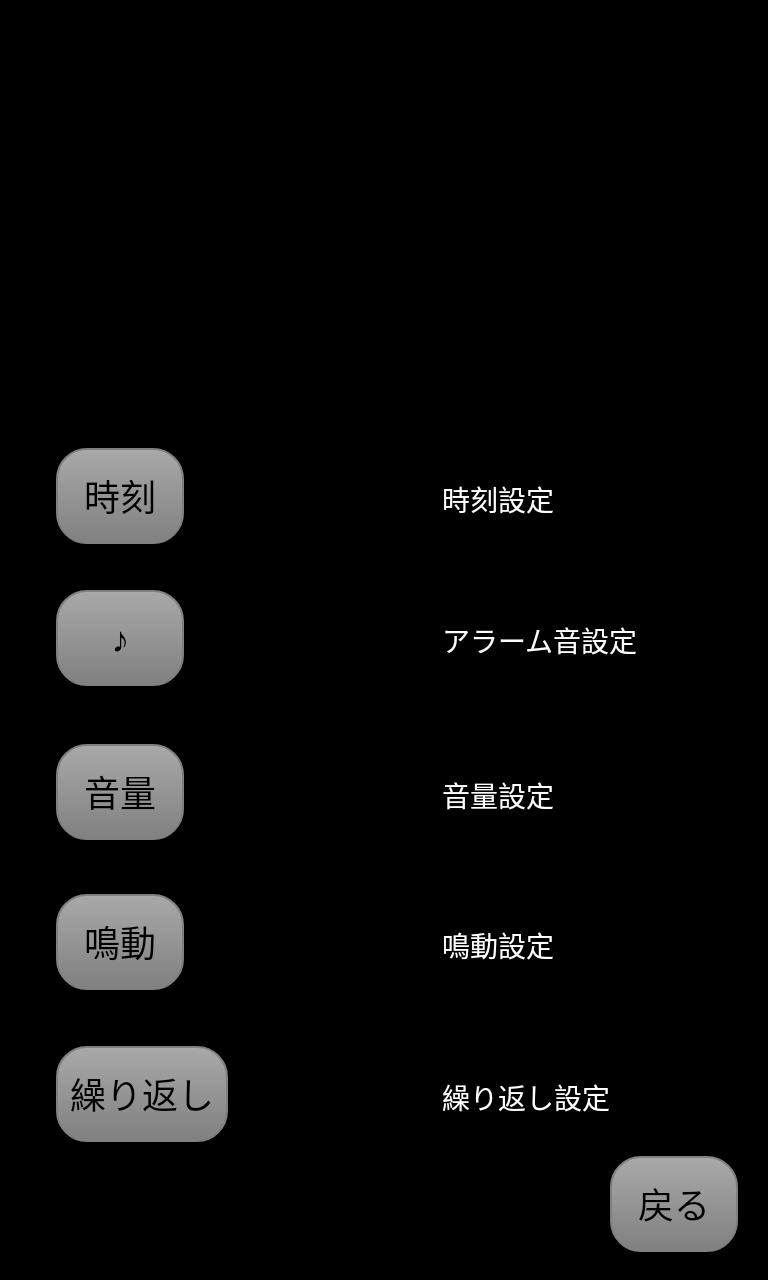
Repository: SatomiK/workspace
Layout: Alarm main/res/layout/activity_main.xml
An editor plug-in stored every save of this project. The layout is shown before and after the next save, followed by the edit.
It is drawn on a 768 x 1280 px phone screen (xhdpi) without system bars, with theme AppTheme; the app's code is not run.

Above is the layout before, as saved 2013-02-06 06:11:37.

After the next save:
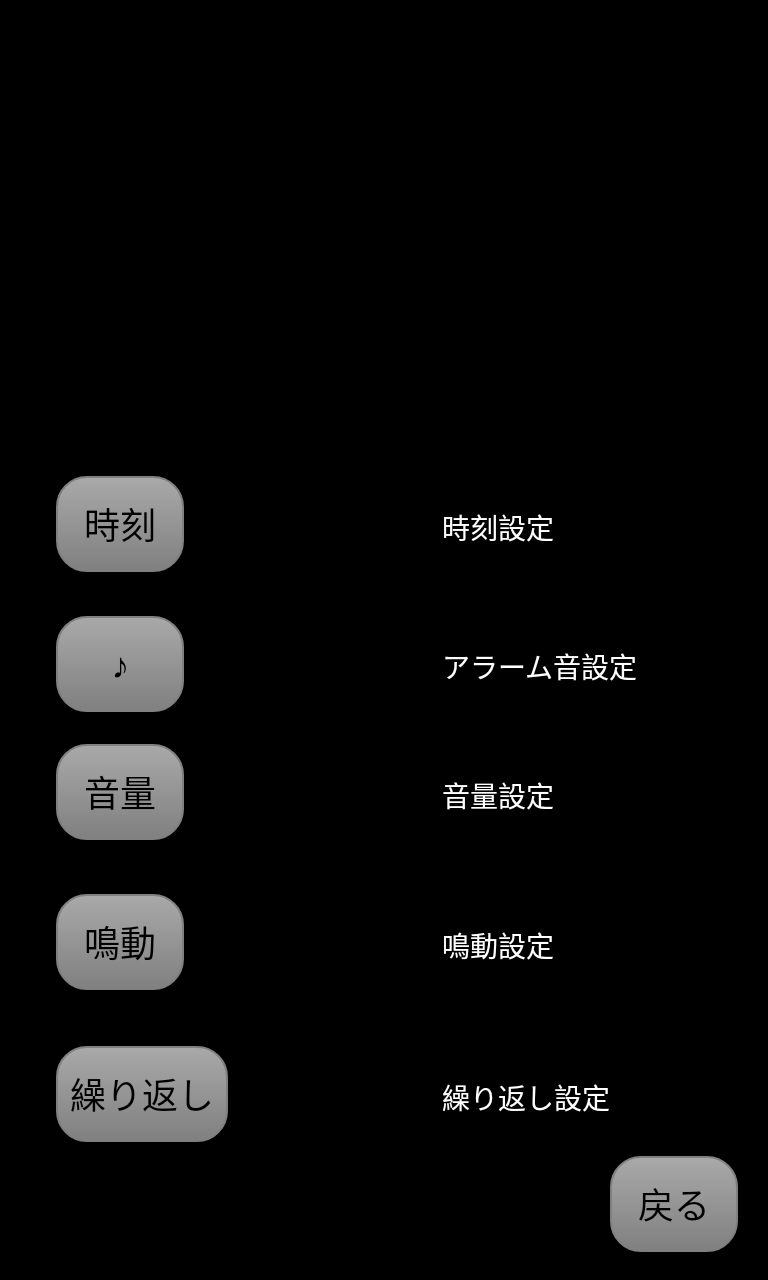
Saved 2 min 22 s later.
--- a/Alarm main/res/layout/activity_main.xml
+++ b/Alarm main/res/layout/activity_main.xml
@@ -62,17 +62,6 @@
         android:text="音量"
         android:textColor="@color/black" />
 
-    <Button
-        android:id="@+id/Button01"
-        android:layout_width="wrap_content"
-        android:layout_height="wrap_content"
-        android:layout_above="@+id/Button02"
-        android:layout_alignLeft="@+id/Button02"
-        android:layout_marginBottom="29dp"
-        android:background="@drawable/clock_main"
-        android:text="♪"
-        android:textColor="@color/black" />
-
     <TextView
         android:id="@+id/textView1"
         android:layout_width="wrap_content"
@@ -93,6 +82,28 @@
         android:text="鳴動設定"
         android:textColor="@color/white" />
 
+    <Button
+        android:id="@+id/Button01"
+        android:layout_width="wrap_content"
+        android:layout_height="wrap_content"
+        android:layout_above="@+id/Button02"
+        android:layout_alignLeft="@+id/Button02"
+        android:layout_marginBottom="16dp"
+        android:background="@drawable/clock_main"
+        android:text="♪"
+        android:textColor="@color/black" />
+
+    <Button
+        android:id="@+id/button1"
+        android:layout_width="wrap_content"
+        android:layout_height="wrap_content"
+        android:layout_above="@+id/Button01"
+        android:layout_alignLeft="@+id/Button01"
+        android:layout_marginBottom="22dp"
+        android:background="@drawable/clock_main"
+        android:text="時刻"
+        android:textColor="@color/black" />
+
     <TextView
         android:id="@+id/textView3"
         android:layout_width="wrap_content"
@@ -102,17 +113,6 @@
         android:layout_alignLeft="@+id/textView1"
         android:text="アラーム音設定"
         android:textColor="@color/white" />
-
-    <Button
-        android:id="@+id/button1"
-        android:layout_width="wrap_content"
-        android:layout_height="wrap_content"
-        android:layout_above="@+id/Button01"
-        android:layout_alignLeft="@+id/Button01"
-        android:layout_marginBottom="23dp"
-        android:background="@drawable/clock_main"
-        android:text="時刻"
-        android:textColor="@color/black"/>
 
     <TextView
         android:id="@+id/textView2"
